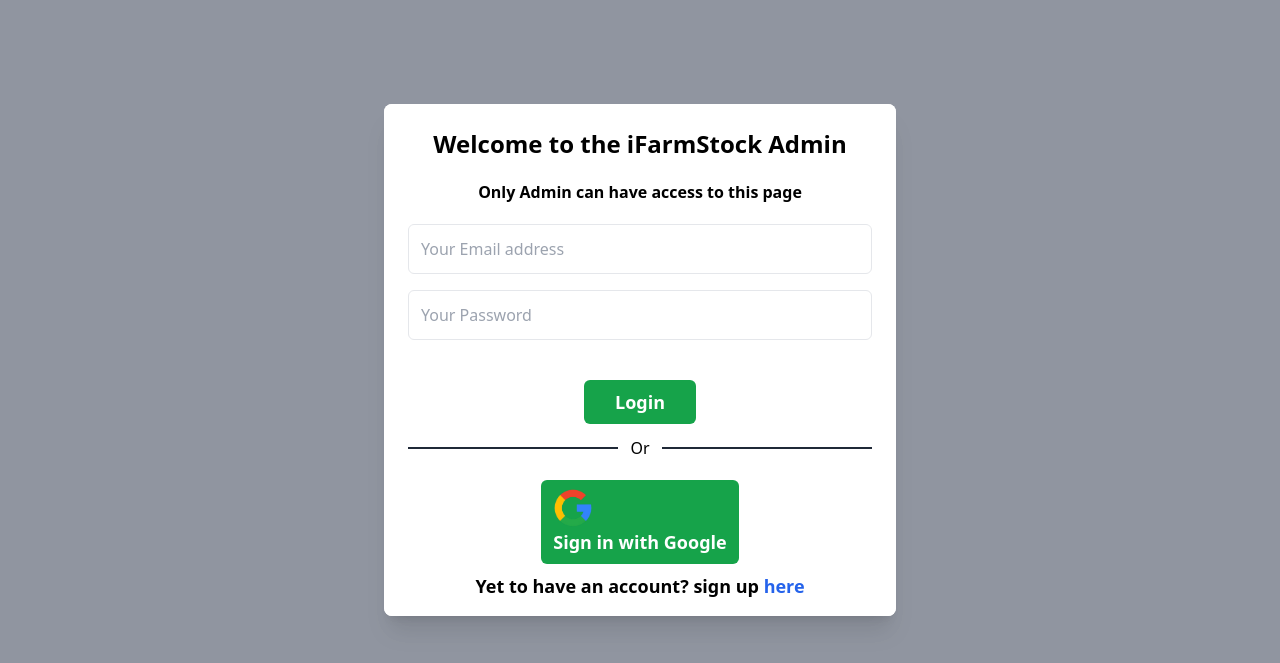
Repository: IssaMuiz/ifarmstock-admin
Page: /
These files come from the project's save history. The page is drawn as it stood at one moment and after a run of saves; the edit follows.
The browser window is 1280 px wide. The pictures show the whole page.
The project was rebuilt for these pictures with package versions that can differ from the ones it lists, and the page was loaded fresh each time. The framework's server and built-in components were replaced by stand-ins that run in the browser. Also part of the build but not shown: next.config.mjs, components/spinner.tsx.

Above is the page before, as saved 2024-09-28 04:02:06.

After the next 3 saves:
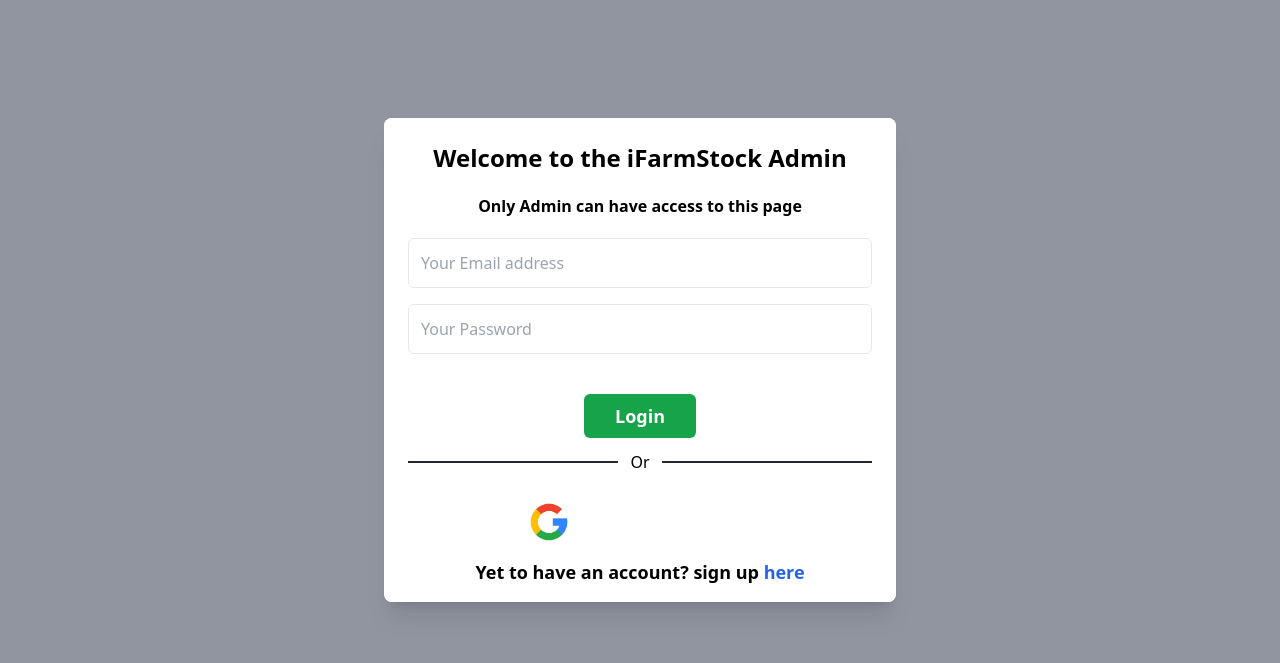
The 3 saves are shown as one change because 2 did not build or start.
The last was saved 5 min 12 s later.
--- a/app/page.tsx
+++ b/app/page.tsx
@@ -135,10 +135,9 @@ const Login = () => {
                   <div className="">Or</div>
                   <hr className="border border-gray-800 w-full"></hr>
                 </div>
-                <button
-                  type="button"
+                <div
                   onClick={() => signIn("google")}
-                  className="bg-green-600 w-max p-2 text-white text-lg rounded-md font-semibold mx-auto mt-2 hover:bg-green-700 px-3 hover:shadow-lg"
+                  className="bg-white w-max p-2 text-white text-lg rounded-md flex gap-2 items-center font-semibold mx-auto mt-2 hover:bg-green-600 px-3 hover:shadow-lg"
                 >
                   <Image
                     src="/assets/images/google-image.png"
@@ -146,8 +145,8 @@ const Login = () => {
                     height={40}
                     width={40}
                   />
-                  Sign in with Google
-                </button>
+                  <span>Sign in with Google</span>
+                </div>
                 <div className="text-center font-semibold text-lg mt-2">
                   Yet to have an account? sign up{" "}
                   <Link
